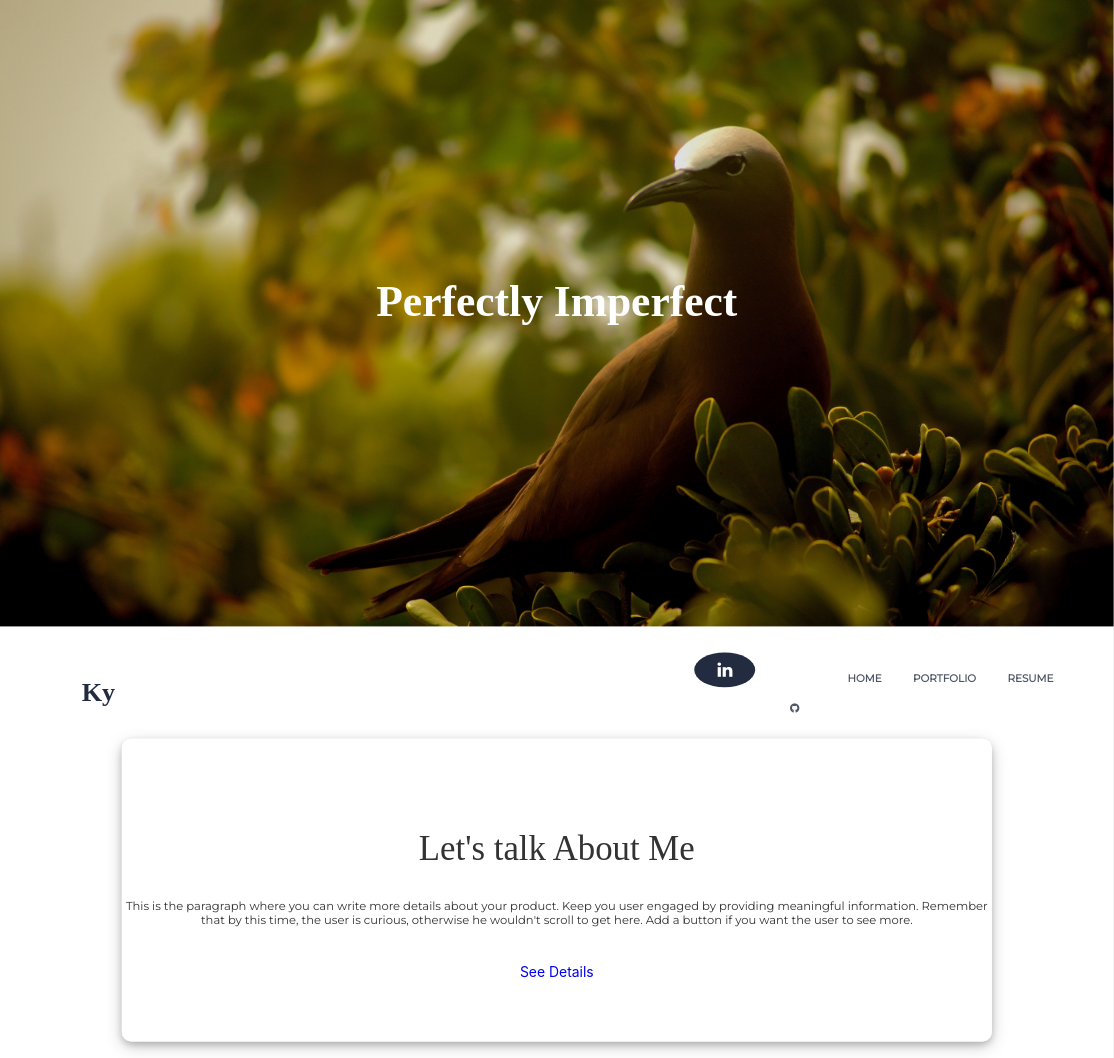
Repository: kkyler24/Perfectly-Imperfect
Page: / (app in imperfect/)
The author's editor kept a copy of each file at every save. The page is drawn from the files as they stood at one save, then again after the next save.
The browser window is 1280 px wide. The pictures show the whole page, at 87% of full size.
Backgrounds fixed to the window are drawn as part of the page. Some web fonts or font styles are not loaded; a fallback is used. The project was rebuilt for these pictures with package versions that can differ from the ones it lists, and the page was loaded fresh each time.

Above is the page before, as saved 2020-08-06 13:04:58.

After the next save:
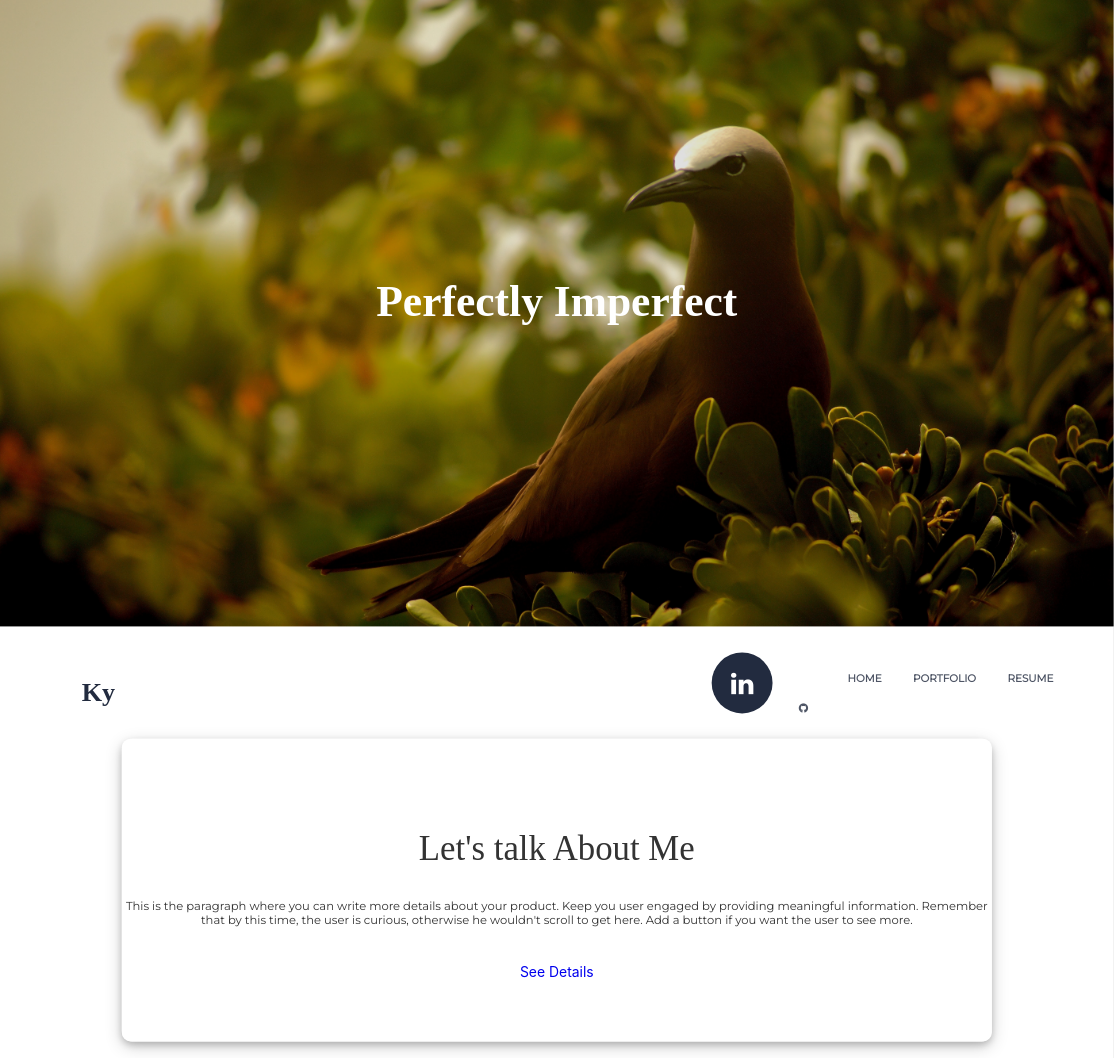
Saved 7 s later.
--- a/imperfect/src/Components/navbarComponent/navbar.css
+++ b/imperfect/src/Components/navbarComponent/navbar.css
@@ -189,9 +189,9 @@ ul {
 } */
 
 .fa {
-  padding: 10px;
-  font-size: 20px;
-  width: 50px;
+  padding: 20px;
+  font-size: 30px;
+  width: 30px;
   text-align: center;
   text-decoration: none;
   margin: 5px 2px;
